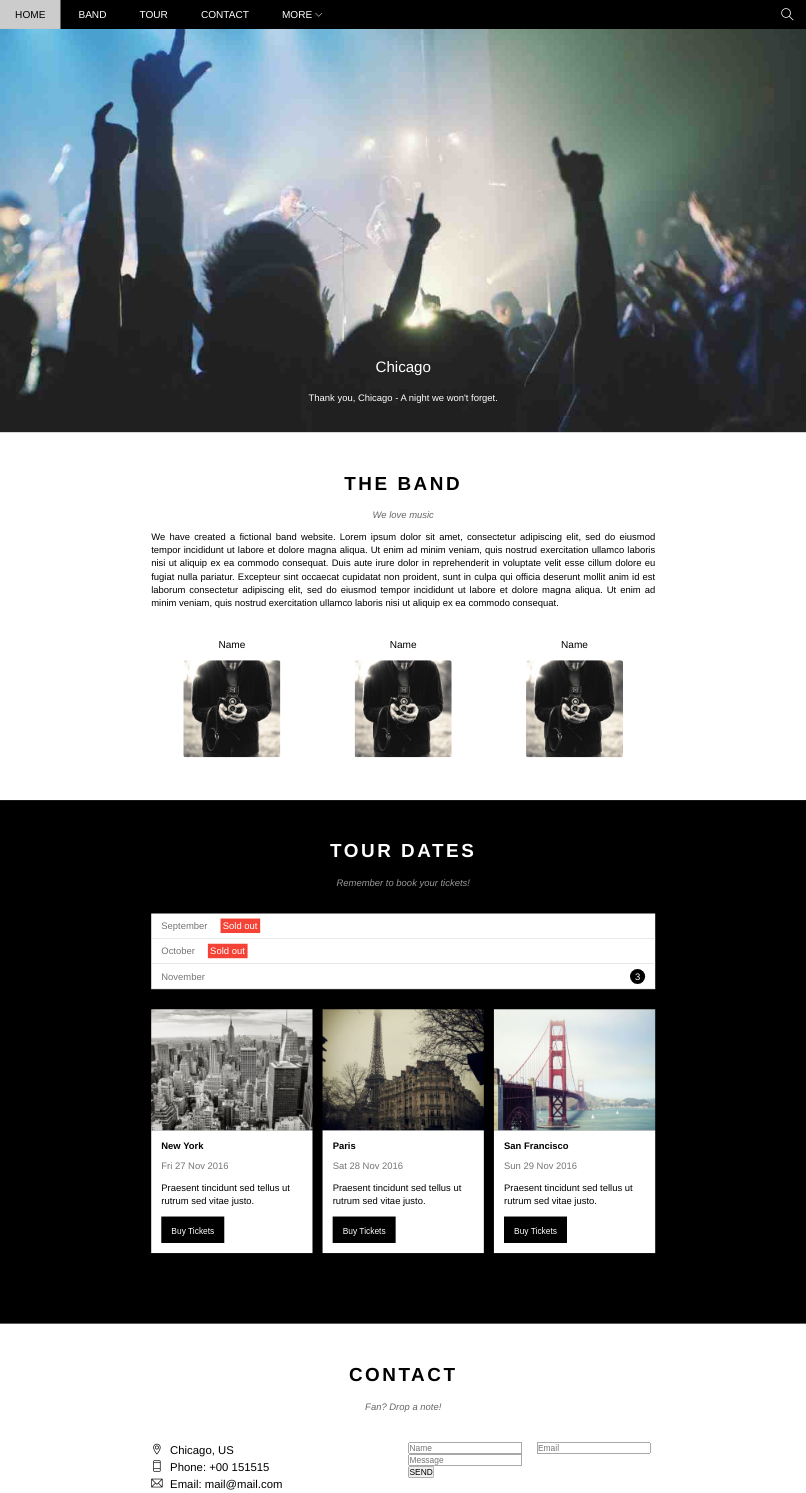
Repository: phongngotrong/w3school_reup
Page: index.html
The author's editor kept a copy of each file at every save. The page is drawn from the files as they stood at one save, then again after the next save.
The browser window is 1280 px wide. The pictures show the whole page, at 63% of full size.

Above is the page before, as saved 2021-12-22 23:03:30.

### index.html
<!DOCTYPE html>
<html lang="en">
  <head>
    <meta charset="UTF-8" />
    <meta http-equiv="X-UA-Compatible" content="IE=edge" />
    <meta name="viewport" content="width=device-width, initial-scale=1.0" />
    <title>W3.CSS Template</title>
    <link rel="stylesheet" href="./assets/css/style.css" />
    <link rel="stylesheet" href="./assets/fonts/themify-icons/themify-icons.css">
  </head>
  <body>
    <div id="main">
      <div id="header">
        <!--Begin: Nav-->
        <ul id="nav">
          <li><a href="">Home</a></li>
          <li><a href="">Band</a></li>
          <li><a href="">Tour</a></li>
          <li><a href="">Contact</a></li>
          <li>
            <a href="">
              More
              <i class="nav-arrow-down ti-angle-down"></i>
            </a>
            <ul class="subnav">
              <ul>
                <li><a href="">Merchandise</a></li>
                <li><a href="">Extras</a></li>
                <li><a href="">Media</a></li>
              </ul>
            </ul>
          </li>
        </ul>
        <!--End: Nav-->

        <!--Begin: Search-->
        <div class="search-btn">
          <i class="search-icon ti-search"></i>
        </div>
        <!--End: Search-->
      </div>

      <div id="slider">
        <div class="text-content">
          <h2 class="text-heading">Chicago</h2>
          <div class="text-description">
            Thank you, Chicago - A night we won't forget.
          </div>
        </div>
      </div>

      <div id="content">
        <!--content section-->
        <div class="content-section">
          <h2 class="section-heading">THE BAND</h2>
          <p class="section-sub-heading">We love music</p>
          <p class="about-text">
            We have created a fictional band website. Lorem ipsum dolor sit
            amet, consectetur adipiscing elit, sed do eiusmod tempor incididunt
            ut labore et dolore magna aliqua. Ut enim ad minim veniam, quis
            nostrud exercitation ullamco laboris nisi ut aliquip ex ea commodo
            consequat. Duis aute irure dolor in reprehenderit in voluptate velit
            esse cillum dolore eu fugiat nulla pariatur. Excepteur sint occaecat
            cupidatat non proident, sunt in culpa qui officia deserunt mollit
            anim id est laborum consectetur adipiscing elit, sed do eiusmod
            tempor incididunt ut labore et dolore magna aliqua. Ut enim ad minim
            veniam, quis nostrud exercitation ullamco laboris nisi ut aliquip ex
            ea commodo consequat.
          </p>
          <div class="row list-member">
            <!--member1-->
            <div class="col col-third text-center">
              <p class="member-name">Name</p>
              <img
                src="./assets/img/member.jpg"
                alt="Name"
                class="avt-member"
              />
            </div>

            <!--member2-->
            <div class="col col-third text-center">
              <div class="member-name">Name</div>
              <img
                src="./assets/img/member.jpg"
                alt="Name"
                class="avt-member"
              />
            </div>
            <!--member3-->

            <div class="col col-third text-center">
              <div class="member-name">Name</div>
              <img
                src="./assets/img/member.jpg"
                alt="Name"
                class="avt-member"
              />
            </div>
            <div class="clear"></div>
          </div>
        </div>
        <!--tour section-->
        <div class="tour-section">
          <div class="content-section">
            <h2 class="section-heading text-white">TOUR DATES</h2>
            <p class="section-sub-heading text-white">
              Remember to book your tickets!
            </p>
            <!-- tickets -->
            <ul class="tickets-list">
              <li>September <span class="sold-out">Sold out</span></li>
              <li>October <span class="sold-out">Sold out</span></li>
              <li>November <span class="quantity">3</span></li>
            </ul>
            <div class="row places-list">
              <!-- place1 -->
              <div class="col col-third">
                <img
                  src="./assets/img/newyork.jpg"
                  alt="New York"
                  class="place-img"
                />
                <div class="places-body">
                  <h3 class="places-heading">New York</h3>
                  <p class="places-time">Fri 27 Nov 2016</p>
                  <p class="place-description">
                    Praesent tincidunt sed tellus ut rutrum sed vitae justo.
                  </p>
                  <button class="place-buy-btn js-buy-ticket">Buy Tickets</button>
                </div>
              </div>
              <!-- place2 -->

              <div class="col col-third">
                <img
                  src="./assets/img/paris.jpg"
                  alt="New York"
                  class="place-img"
                />
                <div class="places-body">
                  <h3 class="places-heading">Paris</h3>
                  <p class="places-time">Sat 28 Nov 2016</p>
                  <p class="place-description">
                    Praesent tincidunt sed tellus ut rutrum sed vitae justo.
                  </p>
                  <button class="place-buy-btn js-buy-ticket">Buy Tickets</button>
                </div>
              </div>
              <!-- place3 -->

              <div class="col col-third">
                <img
                  src="./assets/img/sanfran.jpg"
                  alt="New York"
                  class="place-img"
                />
                <div class="places-body">
                  <h3 class="places-heading">San Francisco</h3>
                  <p class="places-time">Sun 29 Nov 2016</p>
                  <p class="place-description">
                    Praesent tincidunt sed tellus ut rutrum sed vitae justo.
                  </p>
                  <button class="place-buy-btn js-buy-ticket">Buy Tickets</button>
                </div>
              </div>
              <div class="clear"></div>
            </div>
          </div>
        </div>

        <!--contact section-->
        <div class="content-section">
          <h2 class="section-heading">CONTACT</h2>
          <p class="section-sub-heading">Fan? Drop a note!</p>

          <div class="row contact-content">
            <div class="col col-half contact-info">
              <p><i class="ti-location-pin"></i>Chicago, US</p>
              <p><i class="ti-mobile"></i>Phone: +00 151515</p>
              <p><i class="ti-email"></i>Email: mail@mail.com</p>
            </div>
            <div class="col col-half contact-form">
              <form action="">
                <div class="row">
                  <div class="col col-half">
                      <input type="text" name="" placeholder="Name" id="" class="form-control">
                  </div>
                  <div class="col col-half">
                    <input type="email" name="" placeholder="Email" id="" class="form-control">
                </div>
                </div>
                <div class="row">
                  <div class="col col-full">
                    <input type="text" name="" placeholder="Message" id="" class="form-control">
                </div>
                </div>
                <input type="submit" value="SEND">
              </form>
            </div>
          </div>
        </div>
      </div>

      <div id="footer"></div>
    </div>

    <div class="modal js-modal">
      <div class="modal-container js-modal-container">
        <div class="modal-close js-modal-close">
          <i class="ti-close"></i>
        </div>
        <header class="modal-header">
          <i class="icon-ti-bag-header ti-bag"></i>
          Tickets
        </header>

        <div class="modal-body">
          <label for="tickets-quantity" class="modal-label">
            <i class="ti-shopping-cart"></i>
            Tickets, $15 per person
          </label>
          <input
            id="tickets-quantity"
            type="text"
            class="modal-input"
            placeholder="How many?"
          />

          <label for="tickets-email" class="modal-label">
            <i class="ti-user"></i>
            Send To
          </label>
          <input
            id="tickets-email"
            type="email"
            class="modal-input"
            placeholder="Enter email "
          />

          <button id="buy-tickets">
            PAY<i class="icon-ti-check-footer ti-check"></i>
          </button>
        </div>

        <footer class="modal-footer">
          <p class="modal-help">Need <a href="">help?</a></p>
        </footer>
      </div>
    </div>

    <script>
      const buyBtns = document.querySelectorAll('.js-buy-ticket')
      const modal = document.querySelector('.js-modal')
      const modalContainer = document.querySelector('.js-modal-container')
      const modalClose = document.querySelector('.js-modal-close')

      // hàm hiển thị modal mua vé(thêm class open vào modal)
      function showBuyTickets() {
        modal.classList.add('open')
      }

      // hàm ẩn modal mua vé(gỡ bỏ class open của modal)
      function hideBuyTickets() {
        modal.classList.remove('open')
      }

      // lặp qua từng thẻ button và nghe hành vi click
      for(const buyBtn of buyBtns) {
        buyBtn.addEventListener('click', showBuyTickets)
      }

      // nghe hành vi click vào button close
      modalClose.addEventListener('click', hideBuyTickets)

      modal.addEventListener('click', hideBuyTickets)

      modalContainer.addEventListener('click', function(event){
        event.stopPropagation()
      })

    </script>
  </body>
</html>

### assets/css/style.css
/* Reset CSS */

* {
  padding: 0;
  margin: 0;
  box-sizing: border-box;
}

html {
  font-family: Helvetica, Arial, sans-serif;
}
/*
  -Từ trên xuống dưới
  -Từ ngoài vào trong
  -Tổng quan đến chi tiết
  */

/*
  1. Vi tri
  2. Kich thuoc
  3. Mau sac
  4. Kieu dang (kieu chu, hinh tron, vuong...)
  */

/* Common */
.text-center {
  text-align: center !important;
}

.row {
  margin-left: -8px;
  margin-right: -8px;
}

.col {
  float: left;
  padding-left: 8px;
  padding-right: 8px;
}

.col-full {
  width: 100%;
}

.col-half {
  width: 50%;
}

.col-third {
  width: 33.33333%;
}

.clear {
  clear: both;
}

/* .row::after {
    clear: both;
    display: block;
    content: "";
  } */

.text-white {
  color: #fff !important;
}

/* Main */
#main {
}

#header {
  position: fixed;
  top: 0;
  left: 0;
  right: 0;
  height: 46px;
  background-color: #000;
  z-index: 1;
}

#nav {
  display: inline-block;
}

li {
  list-style-type: none;
}

#nav > li {
  display: inline-block;
}

#nav li {
  position: relative;
}

#nav > li > a {
  color: #fff;
  text-transform: uppercase;
}

#nav li a {
  text-decoration: none;
  line-height: 46px;
  padding: 0 24px;
  display: block;
}

#nav li:hover .subnav {
  display: block;
}

#nav > li:hover > a,
#nav .subnav li:hover a {
  color: #000;
  background-color: #ccc;
}

#nav .subnav {
  display: none;
  min-width: 160px;
  position: absolute;
  background-color: #fff;
  box-shadow: 0 0 10px rgba(0, 0, 0, 0.3);
}

#nav .subnav a {
  color: #000;
  padding: 0 12px;
  line-height: 38px;
}

#nav .nav-arrow-down {
  font-size: 12px;
}

#header .search-btn {
  float: right;
  padding: 0 20px;
  cursor: pointer;
}

#header .search-btn:hover {
  background-color: #f44336;
}

#header .search-icon {
  color: #fff;
  font-size: 20px;
  line-height: 46px;
}

#slider {
  position: relative;
  margin-top: 46px;
  padding-top: 50%;
  background: url("/assets/img/slider.jpg") top center / cover no-repeat;
}

#slider .text-content {
  position: absolute;
  bottom: 47px;
  color: #fff;
  width: 100%;
  text-align: center;
}

#slider .text-heading {
  font-weight: 500;
  font-size: 24px;
}

#slider .text-description {
  font-size: 15px;
  margin-top: 25px;
}

#content {
}

#content .content-section {
  width: 800px;
  padding: 64px 0;
  margin-right: auto;
  margin-left: auto;
}

#content .section-heading {
  text-align: center;
  font-size: 30px;
  letter-spacing: 4px;
}

#content .section-sub-heading {
  font-size: 15px;
  text-align: center;
  margin-top: 25px;
  font-style: italic;
  opacity: 0.6;
}

#content .about-text {
  font-size: 15px;
  margin-top: 15px;
  text-align: justify;
  line-height: 1.4;
}

#content .member-name {
  font-size: 16px;
}

#content .list-member {
  margin-top: 48px;
  /* margin-bottom: 48px;
    overflow: hidden;  */
}

/* #content .item-member {
    float: left;
    width: 33.33333%;
    text-align: center;
  } */

#content .avt-member {
  margin-top: 15px;
  width: 154px;
  border-radius: 4px;
}

/* tour section */
.tour-section {
  background-color: #000;
}
.tickets-list {
  background-color: #fff;
  margin-top: 40px;
  list-style: none;
}

.tickets-list li {
  color: #757575;
  font-size: 15px;
  padding: 11px 16px;
  border-bottom: 1px solid #ddd;
}

.tickets-list .sold-out {
  background-color: #f44336;
  color: #fff;
  padding: 3px 4px;
  margin-left: 16px;
}

.tickets-list .quantity {
  float: right;
  width: 24px;
  height: 24px;
  background-color: #000;
  color: #fff;
  border-radius: 50%;
  line-height: 24px;
  text-align: center;
  margin-top: -3px;
}

/* Places */
.places-list {
  margin-top: 32px;
  margin-bottom: 48px;
}

/* .places-item {
    float: left;
    width: 33.33333%;
    padding: 0 8px;
  } */

.place-img {
  width: 100%;
  display: block;
}

.place-img:hover {
  opacity: 0.6;
}

.places-body {
  padding: 16px;
  font-size: 15px;
  background-color: #fff;
}

.places-heading {
  font-size: 15px;
}

.places-time {
  padding-top: 15px;
  color: #757575;
}

.place-description {
  padding-top: 15px;
  line-height: 1.4;
}

.place-buy-btn {
  background-color: #000;
  color: #fff;
  text-decoration: none;
  display: inline-block;
  padding: 11px 16px;
  margin-top: 15px;
  padding-top: 16px;
  cursor: pointer;
  border: none;
}

.place-buy-btn:hover {
  background-color: #ccc;
  color: #000;
}

.modal {
  position: fixed;
  top: 0;
  bottom: 0;
  right: 0;
  left: 0;
  background-color: rgba(0, 0, 0, 0.4);
  display: none;
  align-items: center;
  justify-content: center;
}

.modal.open {
  display: flex;
}

.modal-container {
  background-color: #fff;
  width: 900px;
  min-height: 200px;
  position: relative;
  max-width: calc(100% -32px);
  animation: modalFadeIn ease 0.4s;
}

.modal-header {
  background-color: #009688;
  color: #fff;
  height: 130px;
  font-size: 30px;
  display: flex;
  align-items: center;
  justify-content: center;
  letter-spacing: 4px;
}

.modal-close:hover {
  background-color: #ccc;
  color: #000;
}

.modal-close {
  position: absolute;
  right: 0;
  top: 0;
  padding: 16px;
  font-size: 12px;
  color: #fff;
  cursor: pointer;
}

.icon-ti-bag-header {
  margin-right: 16px;
}

.modal-body {
  padding: 16px;
}

.modal-label {
  display: block;
  font-size: 15px;
  margin-bottom: 12px;
}

.modal-input {
  border: 1px solid #ccc;
  width: 100%;
  padding: 10px;
  font-size: 15px;
  margin-bottom: 24px;
}

#buy-tickets:hover {
  background-color: #ccc;
  color: #000;
}

#buy-tickets {
  background-color: #009688;
  width: 100%;
  padding: 18px;
  color: #fff;
  border: none;
  text-transform: uppercase;
  font-size: 15px;
  cursor: pointer;
}

.modal-footer {
  padding: 16px;
  text-align: right;
}

.modal-footer a {
  color: #2196f3;
}

/* Contact */
.contact-content {
  margin-top: 48px;
}

.contact-info {
  font-size: 18px;
  line-height: 1.5;
}

.contact-info i[class*="ti-"] {
  width: 30px;
  display: inline-block;
}

.contact-form {
  font-size: 15px;
}

.contact-form .form-control {
}

/* footer section */

#footer {
}

/* Tạo hoạt ảnh  */
@keyframes modalFadeIn {
  from {
    opacity: 0;
    transform: translateY(-140px);
  }
  to {
    opacity: 1;
    transform: translateY(0);
  }
}

Loaded but not shown: assets/fonts/themify-icons/themify-icons.css (common file)

After the next save:
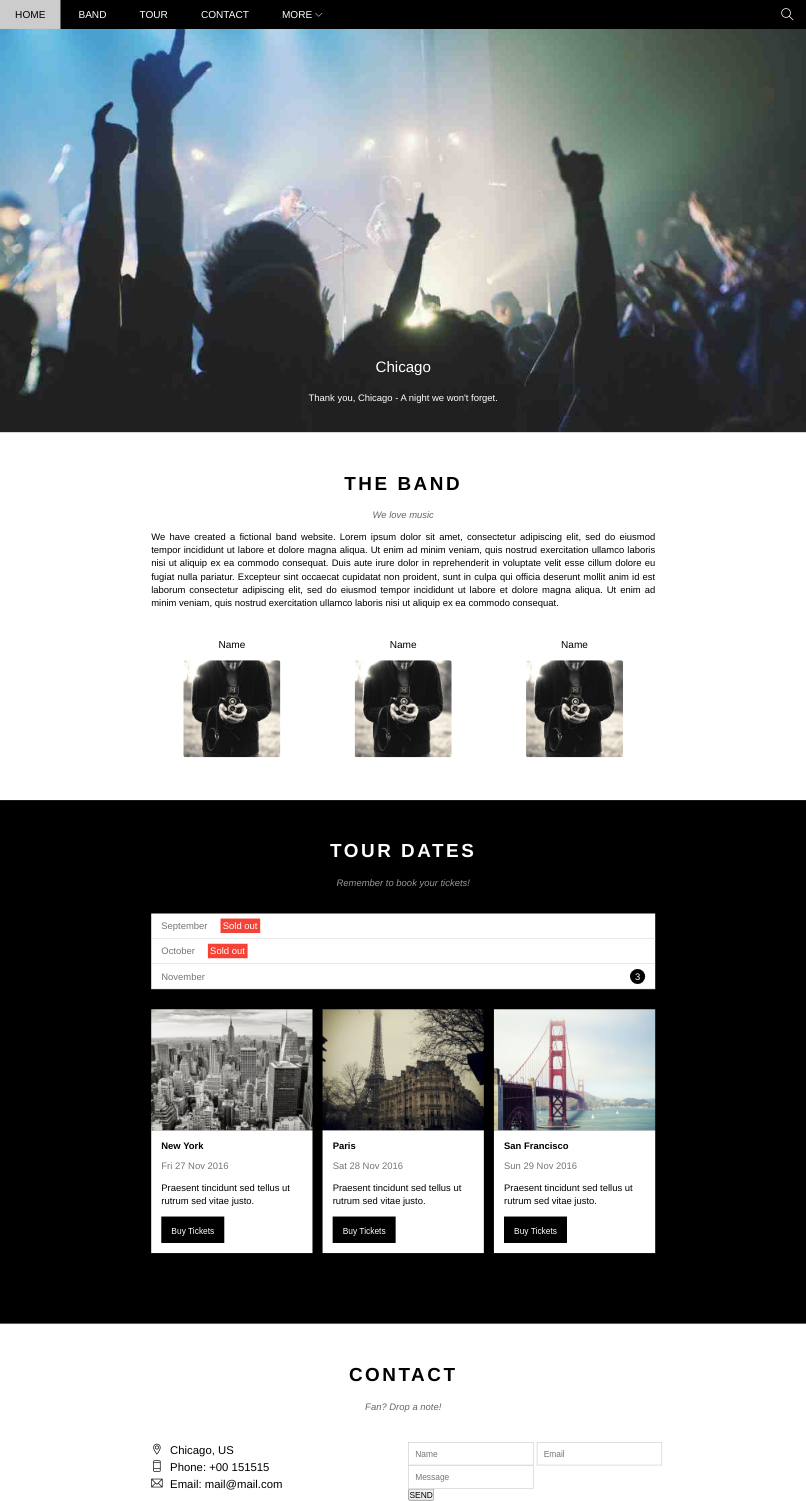
Saved 87 s later.
--- a/assets/css/style.css
+++ b/assets/css/style.css
@@ -440,6 +440,8 @@
 }
 
 .contact-form .form-control {
+  padding: 10px;
+  border: 1px solid #ccc;
 }
 
 /* footer section */
